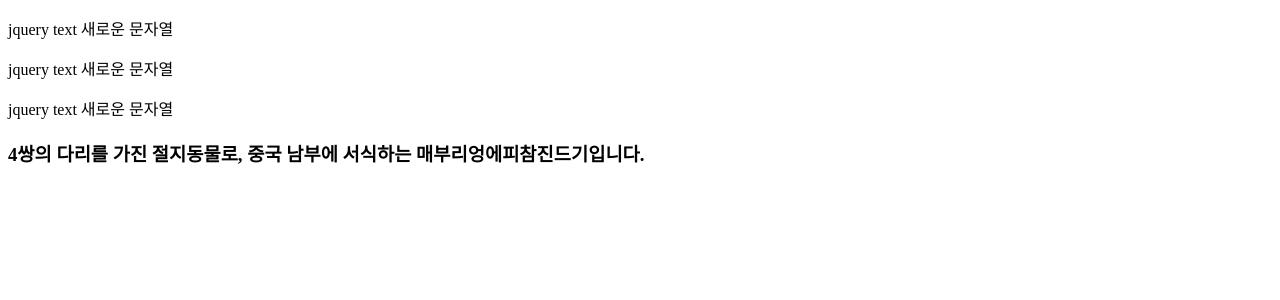
Repository: suhong99/JqueryLecture
Page: sample01/src/main/webapp/index.html
The author's editor kept a copy of each file at every save. The page is drawn from the files as they stood at one save, then again after the next save.
The browser window is 1280 px wide. The pictures show the whole page.

Above is the page before, as saved 2023-06-26 01:48:27.

After the next save:
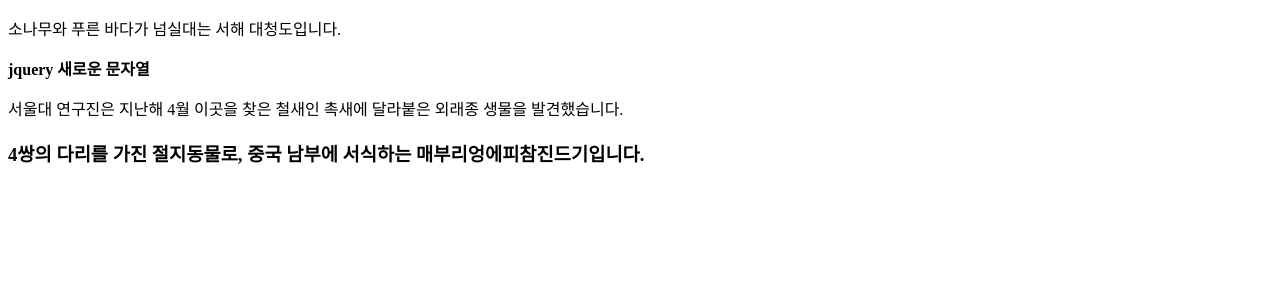
Saved 14 min 28 s later.
--- a/sample01/src/main/webapp/index.html
+++ b/sample01/src/main/webapp/index.html
@@ -39,7 +39,8 @@
  */
 /*  $("p").html("새로운 문자열"); */
  $(document).ready(function(){
-	 $("p").text("jquery text 새로운 문자열"); /* == innerText  */
+	//	 $("p").text("jquery text 새로운 문자열"); /* == innerText  */
+	$("#demo").html("<b>jquery 새로운 문자열</b>")
  });
 </script>
 </body>
